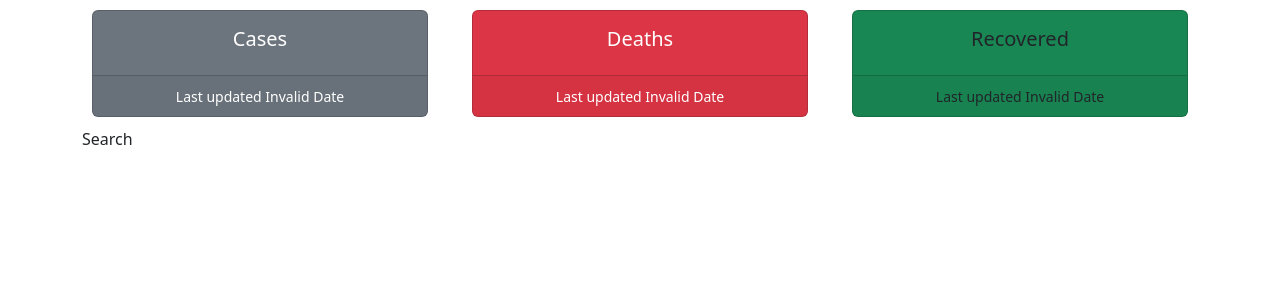
Repository: azizdeghais/CovidTracker
Page: /
An editor plug-in stored every save of this project. The page is shown before and after the next save, followed by the edit.
The browser window is 1280 px wide. The pictures show the whole page.
The page's requests for data from a server got no answer. The project was rebuilt for these pictures with package versions that can differ from the ones it lists, and the page was loaded fresh each time. No one was signed in, and anything a server would have sent is missing. Also part of the build but not shown: vite.config.js.

Above is the page before, as saved 2023-03-09 16:24:18.

### index.html
<!DOCTYPE html>
<html lang="en">
  <head>
    <meta charset="UTF-8" />
    <link rel="icon" type="image/svg+xml" href="/vite.svg" />
    <meta name="viewport" content="width=device-width, initial-scale=1.0" />
    <title>Covid-19 Tracker</title>

  </head>
  <body>
    <div id="root"></div>
    <script type="module" src="/src/main.jsx"></script>
  </body>
</html>

### src/main.jsx
import React from 'react'
import ReactDOM from 'react-dom/client'
import App from './App'
import 'bootstrap/dist/css/bootstrap.min.css';


ReactDOM.createRoot(document.getElementById('root')).render(
  <React.StrictMode>
    <App />
  </React.StrictMode>,
)

### src/App.jsx
import React, { useEffect,useState } from 'react'
import axios from 'axios'
import Container from 'react-bootstrap/Container';
import Row from 'react-bootstrap/Row';
import Col from 'react-bootstrap/Col';
import Card from 'react-bootstrap/Card';
import Stack from 'react-bootstrap/Stack';
import Form from 'react-bootstrap/Form';

import './App.css'


function App() {

  const [latest,setLatest]=useState([])
  const [results,setResults]=useState([])


  useEffect(()=>{
    axios.all([
      axios.get('https://corona.lmao.ninja/v3/covid-19/all'),
      axios.get('https://corona.lmao.ninja/v3/covid-19/countries')
  ])

    .then(resArr=>{
           setLatest(resArr[0].data)
           setResults(resArr[1].data)
    })
    .catch(err=>{
      console.log(err)
    })
  },[])

  const date=new Date(parseInt(latest.updated));
  const lastUpdated=date.toString();



   const countries = results.map((data,i)=>{
    return (
      <Card
      key={i}
      bg='light'
      text='dark'
      className='text-center'
      style={{margin:'10px'}}
      >
        <Card.Img variant='top' src={data.countryInfo.flag} />
      <Card.Body>
        <Card.Title>{data.country}</Card.Title>
        <Card.Text>Cases: {data.cases}</Card.Text>
        <Card.Text>Deaths: {data.deaths}</Card.Text>
        <Card.Text>Recovered: {data.recovered}</Card.Text>
        <Card.Text>Today's cases: {data.todayCases}</Card.Text>
        <Card.Text>Today's deaths: {data.todayDeaths}</Card.Text>
        <Card.Text>Active {data.active}</Card.Text>


      </Card.Body>

      </Card>

    )
   })
  return (
    <Container>
      <Row >
        <Col>
          <Card className='text-center' bg='secondary' text='white' style={{margin:'10px'}} >
            <Card.Body>
              <Card.Title>Cases</Card.Title>
              <Card.Text>
                {latest.cases}
              </Card.Text>
            </Card.Body>
            <Card.Footer>
              <small>Last updated {lastUpdated}</small>
            </Card.Footer>
          </Card>
        </Col>
        <Col>
          <Card className='text-center' bg='danger' text='white' style={{margin:'10px'}}>
            <Card.Body>
              <Card.Title>Deaths</Card.Title>
              <Card.Text>
                {latest.deaths}
              </Card.Text>
            </Card.Body>
            <Card.Footer>
            <small>Last updated {lastUpdated}</small>

            </Card.Footer>
          </Card>
        </Col>
        <Col>
          <Card className='text-center' bg='success' style={{margin:'10px'}} >
            <Card.Body>
              <Card.Title>Recovered</Card.Title>
              <Card.Text>
               {latest.recovered}
              </Card.Text>
            </Card.Body>
            <Card.Footer>
            <small>Last updated {lastUpdated}</small>

            </Card.Footer>
          </Card>
        </Col>
      </Row>
      <Form>
      <Form.Group>
        <Form.Label>Search</Form.Label>
      </Form.Group>
      </Form>
      <div className='countries-list'>
      {countries}
      </div>


    </Container>
  )
}

export default App

### src/App.css
.countries-list{
    display:flex;
    flex-direction:row;
    width: '1000px';
    flex-wrap: wrap;
    justify-content: space-between;
}

After the next save:
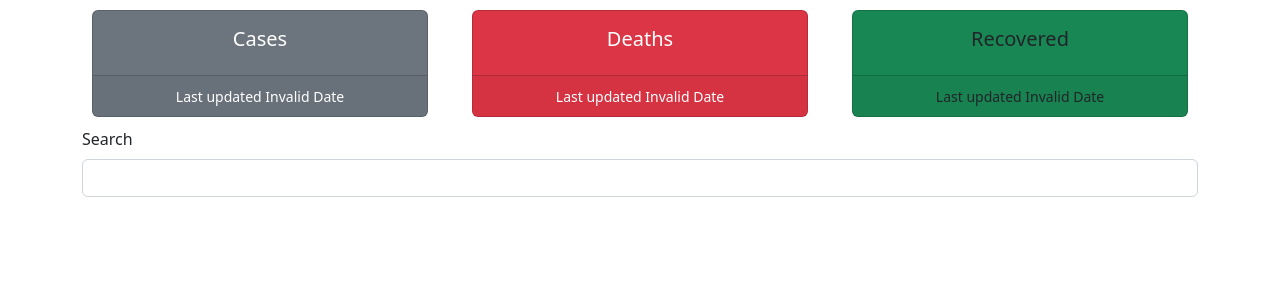
Saved 8 s later.
--- a/src/App.jsx
+++ b/src/App.jsx
@@ -110,6 +110,7 @@ function App() {
       <Form>
       <Form.Group>
         <Form.Label>Search</Form.Label>
+        <Form.Control></Form.Control>
       </Form.Group>
       </Form>
       <div className='countries-list'>
